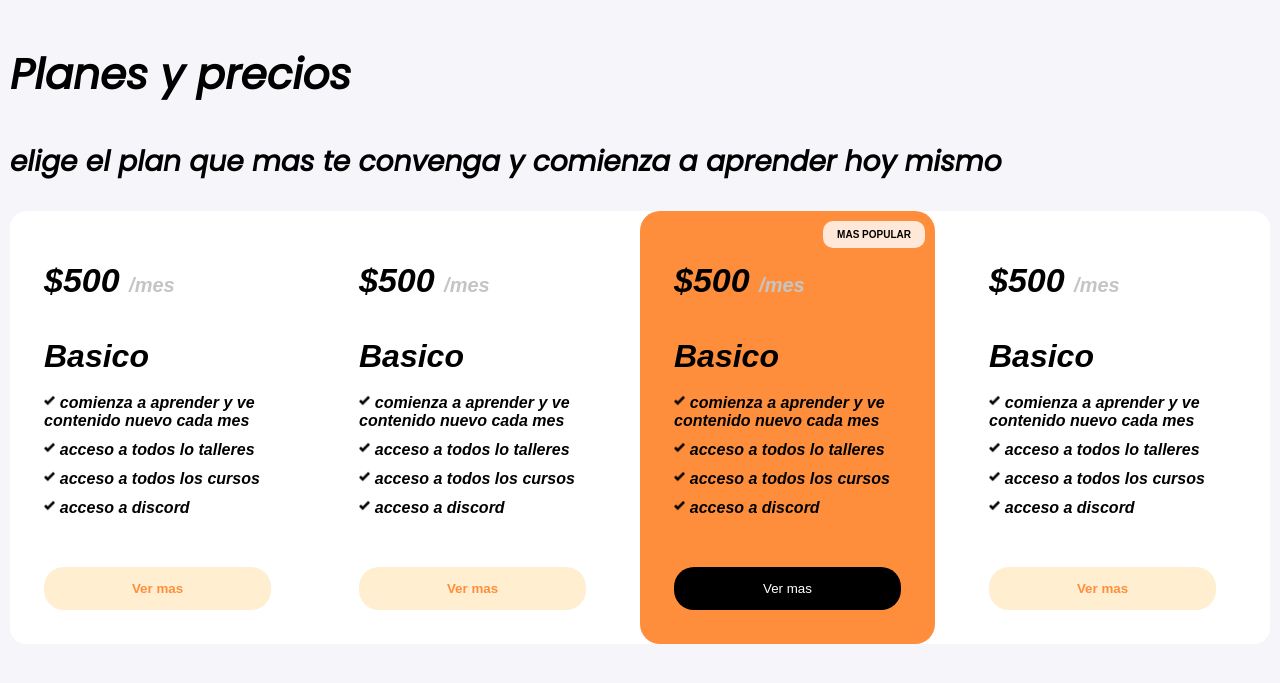
Repository: darkmantiz2/Tarjetas-planes
Page: index.html
The author's editor kept a copy of each file at every save. The page is drawn from the files as they stood at one save, then again after the next save.
The browser window is 1280 px wide. The pictures show the whole page.

Above is the page before, as saved 2022-01-11 12:26:06.

### index.html
<!DOCTYPE html>
<html lang="en">

<head>
  <meta charset="UTF-8">
  <meta http-equiv="X-UA-Compatible" content="IE=edge">
  <meta name="viewport" content="width=device-width, initial-scale=1.0">
  <link rel="preconnect" href="https://fonts.googleapis.com">
  <link rel="preconnect" href="https://fonts.gstatic.com" crossorigin>
  <link href="https://fonts.googleapis.com/css2?family=Poppins:ital,wght@0,600;0,700;1,400&display=swap"
    rel="stylesheet">
  <link rel="stylesheet" href="./css/index.css">
  <title>Cards Precios</title>
</head>

<body>
  <section class="cards">
    <div class="container">
      <h1 class="contaier-title">
        Planes y precios
      </h1>
      <p class="container-text1">
        elige el plan que mas te convenga y comienza a aprender hoy mismo
      </p>
      <section class="container-card">
        <div class="card">

          <p class="card-price"> $500 <span class="card-month"> /mes</span></p>
          <p class="card-plan">Basico</p>
          <p class="card-description"> <img class="card-icon" src="icons/png-transparent-computer-icons-check-mark-checkbox-palomita-angle-logo-check-mark.png" alt=""> comienza a aprender y ve contenido nuevo cada mes</p>
          <p class="card-item1"><img class="card-icon" src="icons/png-transparent-computer-icons-check-mark-checkbox-palomita-angle-logo-check-mark.png" alt="">  acceso a todos lo talleres</p>
          <p class="card-item2"><img class="card-icon" src="icons/png-transparent-computer-icons-check-mark-checkbox-palomita-angle-logo-check-mark.png" alt=""> acceso a todos los cursos</p>
          <p class="card-item3"><img class="card-icon" src="icons/png-transparent-computer-icons-check-mark-checkbox-palomita-angle-logo-check-mark.png" alt=""> acceso a discord</p>

          <button class="card-button"> Ver mas </button>
        </div>
        <div class="card">
          <p class="card-price"> $500 <span class="card-month"> /mes</span></p>
          <p class="card-plan">Basico</p>
          <p class="card-description"> <img class="card-icon" src="icons/png-transparent-computer-icons-check-mark-checkbox-palomita-angle-logo-check-mark.png" alt=""> comienza a aprender y ve contenido nuevo cada mes</p>
          <p class="card-item1"><img class="card-icon" src="icons/png-transparent-computer-icons-check-mark-checkbox-palomita-angle-logo-check-mark.png" alt="">  acceso a todos lo talleres</p>
          <p class="card-item2"><img class="card-icon" src="icons/png-transparent-computer-icons-check-mark-checkbox-palomita-angle-logo-check-mark.png" alt=""> acceso a todos los cursos</p>
          <p class="card-item3"><img class="card-icon" src="icons/png-transparent-computer-icons-check-mark-checkbox-palomita-angle-logo-check-mark.png" alt=""> acceso a discord</p>

          <button class="card-button"> Ver mas </button>
        </div>
        <div class="card card-orange">
          <label class="card-label">mas popular</label>
          <p class="card-price"> $500 <span class="card-month"> /mes</span></p>
          <p class="card-plan">Basico</p>
          <p class="card-description"> <img class="card-icon" src="icons/png-transparent-computer-icons-check-mark-checkbox-palomita-angle-logo-check-mark.png" alt=""> comienza a aprender y ve contenido nuevo cada mes</p>
          <p class="card-item1"><img class="card-icon" src="icons/png-transparent-computer-icons-check-mark-checkbox-palomita-angle-logo-check-mark.png" alt="">  acceso a todos lo talleres</p>
          <p class="card-item2"><img class="card-icon" src="icons/png-transparent-computer-icons-check-mark-checkbox-palomita-angle-logo-check-mark.png" alt=""> acceso a todos los cursos</p>
          <p class="card-item3"><img class="card-icon" src="icons/png-transparent-computer-icons-check-mark-checkbox-palomita-angle-logo-check-mark.png" alt=""> acceso a discord</p>

          <button class="card-button-orange"> Ver mas </button>
        </div>
        <div class="card">

          <p class="card-price"> $500 <span class="card-month"> /mes</span></p>
          <p class="card-plan">Basico</p>
          <p class="card-description"> <img class="card-icon" src="icons/png-transparent-computer-icons-check-mark-checkbox-palomita-angle-logo-check-mark.png" alt=""> comienza a aprender y ve contenido nuevo cada mes</p>
          <p class="card-item1"><img class="card-icon" src="icons/png-transparent-computer-icons-check-mark-checkbox-palomita-angle-logo-check-mark.png" alt="">  acceso a todos lo talleres</p>
          <p class="card-item2"><img class="card-icon" src="icons/png-transparent-computer-icons-check-mark-checkbox-palomita-angle-logo-check-mark.png" alt=""> acceso a todos los cursos</p>
          <p class="card-item3"><img class="card-icon" src="icons/png-transparent-computer-icons-check-mark-checkbox-palomita-angle-logo-check-mark.png" alt=""> acceso a discord</p>


          <button class="card-button"> Ver mas </button>
        </div>
      </section>




    </div>
  </section>
</body>

</html>

### css/index.css
:root {
  --black: #373737;
  --primary: #ff8e3c;
  --white: #ffffff;
  --grey: #848199;
  --red: #fa513a;
  --grey-2: #a3a3a3;
  --bg: #f5f5fa;
  --headline2: 600 1.75rem/normal Poppins;
  --headline3: 600 1.25rem/1.375rem Poppins;
  --button: 400 0.875rem/1rem Poppins;
  --headline1: 600 3.5rem/normal Poppins;
  --body1-regular: 400 1rem/1.5rem Poppins;
  --body1-bold: 700 1rem/1.5rem Poppins;
  --body2-bold: 700 0.875rem/1.5rem Poppins;
  --body2-regular: 400 0.875rem/1.5rem Poppins;
  --caption-regular: 400 0.75rem/1rem Poppins;
  --caption-bold: 600 0.75rem/1rem Poppins;

}

/*BODDY*/

body {
  color: var(--white);
  background-color: var(--primary);
  font: var(--headline2);
  background: var(--bg);
  font-style: italic;
  font-weight: bold;
}

.container {
  color: black;
}



.container-card {
  display: flex;
  justify-content: center;
  align-items: center;
  max-width: 1260px;
  width: 100%;
  background-color: white;
  border-radius: 16px;
  font-family: arial;
  font-weight: bold;
}

.card-month {
  font-size: 20px;
  color: #c5c5c5;
}

.cards {
  display: flex;
  justify-content: center;
  align-items: center;
}

.card-orange {
  background-color: var(--primary);
  font-size: medium;
}


.card {
  align-items: flex-start;
  display: flex;
  justify-content: center;
  flex-direction: column;
  width: 334px;
  padding:0 34px 34px;
  border-radius: 20px;
  margin-right: 20px;
  font-size: medium;
  box-sizing: border-box;
  position: relative;
}

.card-price {
  margin: 0;
  padding-bottom: 20px;
  padding-top: 50px;
  font-size: 34px;
}


.card-plan {
  margin: 0;
  padding-bottom: 18px;
  padding-top: 18px;
  font-size: xx-large;
  font-weight: bold;
}

.card-icon{
  width: 5%;
}

.card-description {
  margin: 0;
  padding-bottom: 10px;
}

.card-item1 {
  margin: 0;
  padding-bottom: 10px;
}

.card-item2 {
  margin: 0;
  padding-bottom: 10px;
}

.card-item3 {
  margin: 0;
  padding-bottom: 50px;
}

.card-button {
 width: 100%;
  padding: 14px 37px 14px 37px;
  background-color: #ffa50030;
  border-radius: 20px;
  border: none;
  color: var(--primary);
  font-weight: bolder;

}

.card-button-orange {
  width: 100%;
  padding: 14px 37px 14px 37px;
  background-color: black;
  border-radius: 20px;
  color: var(--white);
  border: none;
}

.card-label{
  background-color: rgba(255, 255, 255, 0.801);
  padding: 8px 14px;
  border-radius: 10px;
  font-size: small;
  text-transform: uppercase;
  font-size: 10px;
  font-weight: 800;
  font-style: normal;
  position: absolute;
  top: 10px;
  right: 10px;
}



.container {
  color: black;
}



.container-card {
  display: flex;
  justify-content: center;
  align-items: center;
  max-width: 1260px;
  width: 100%;
}

.card-month {
  font-size: 20px;
  color: #c5c5c5;
}

After the next save:
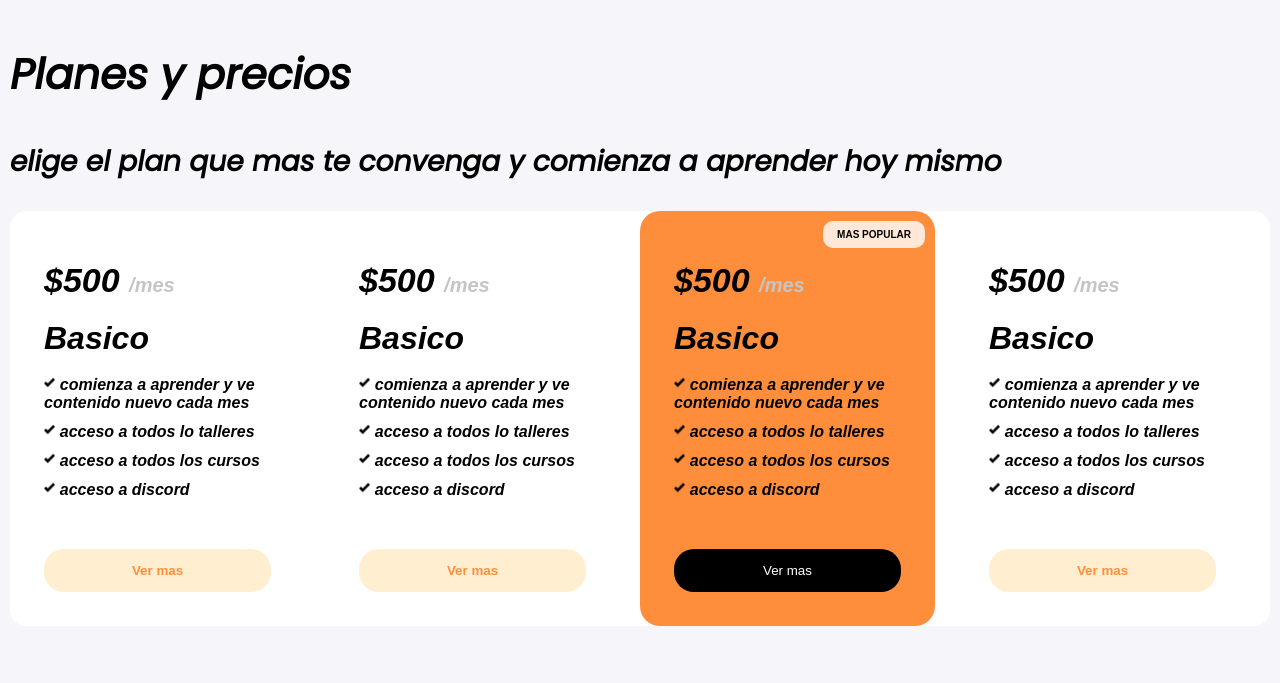
Saved 24 s later.
--- a/css/index.css
+++ b/css/index.css
@@ -90,7 +90,6 @@ body {
 .card-plan {
   margin: 0;
   padding-bottom: 18px;
-  padding-top: 18px;
   font-size: xx-large;
   font-weight: bold;
 }
